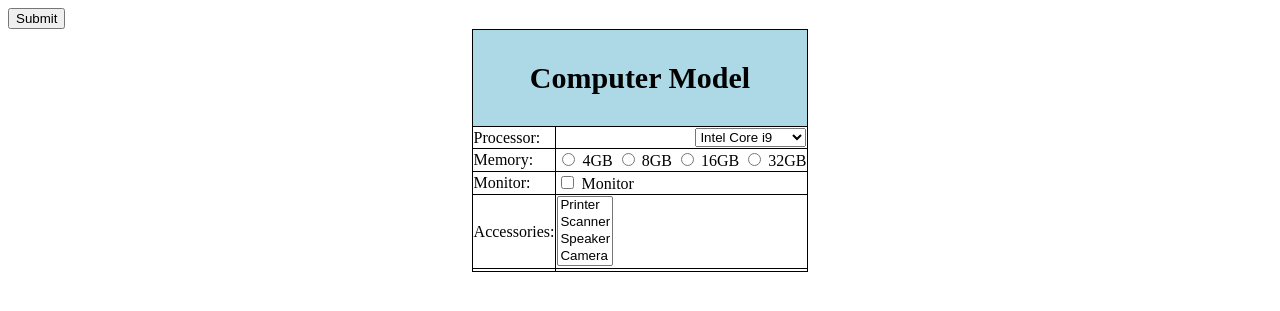
Repository: FatCat0712/JSP
Page: http://localhost/bai_20/computer.jsp
An editor plug-in stored every save of this project. The page is shown before and after the next save, followed by the edit.
The browser window is 1280 px wide. The pictures show the whole page.
The page is served by Tomcat 9.

Above is the page before, as saved 2024-04-22 12:25:02.

After the next save:
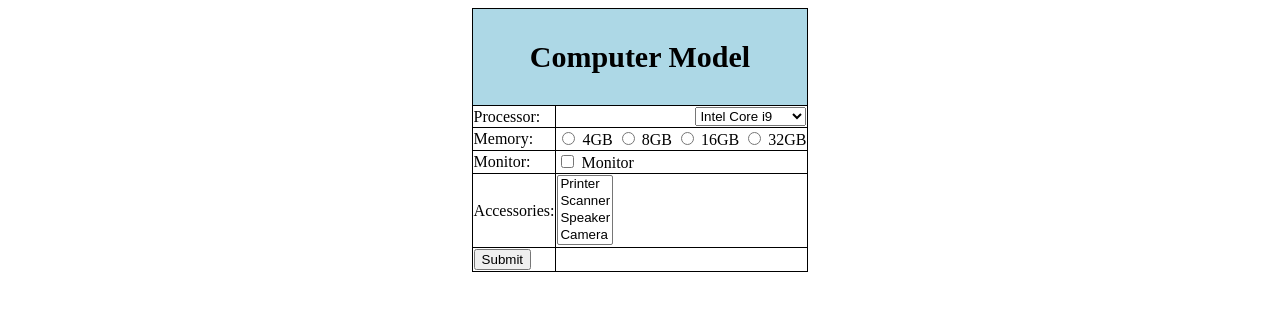
Saved 8 s later.
--- a/bai_20/src/main/webapp/computer.jsp
+++ b/bai_20/src/main/webapp/computer.jsp
@@ -78,8 +78,10 @@
 			</tr>
 
 			<tr>
-				<td></td>
-				<input type="submit" value="Submit"/>
+				<td>
+					<input type="submit" value="Submit"/>
+				</td>
+
 			</tr>
 
 
